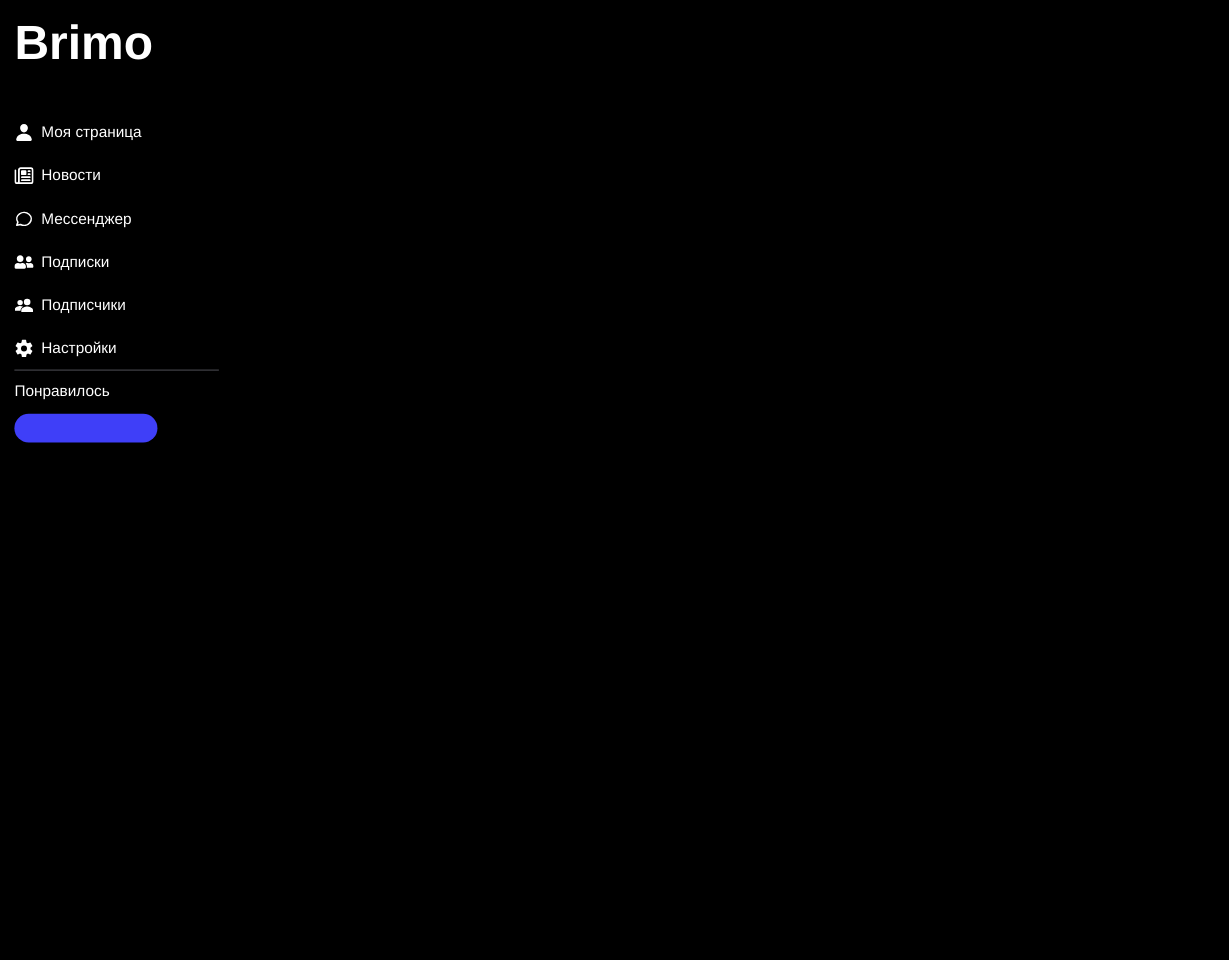
Repository: MaksimKrupkin/socialNetwork
Page: / (app in frontend/socialNetworkFrontend/)
The author's editor kept a copy of each file at every save. The page is drawn from the files as they stood at one save, then again after the next save.
The browser window is 1280 px wide. The pictures show the whole page, at 96% of full size.
The project was rebuilt for these pictures with package versions that can differ from the ones it lists, and the page was loaded fresh each time. Also part of the build but not shown: frontend/socialNetworkFrontend/vite.config.js, frontend/socialNetworkFrontend/src/index.css.

Above is the page before, as saved 2024-11-27 20:11:57.

### frontend/socialNetworkFrontend/index.html
<!DOCTYPE html>
<html lang="en">
  <head>
    <meta charset="UTF-8" />
    <link rel="icon" type="image/svg+xml" href="/vite.svg" />
    <meta name="viewport" content="width=device-width, initial-scale=1.0" />
    <title>Brimo</title>
  </head>
  <body>
    <div id="root"></div>
    <script type="module" src="/src/main.jsx"></script>
  </body>
</html>

### frontend/socialNetworkFrontend/src/App.jsx
import './App.css';
import { Routes, Route } from 'react-router-dom';
import MainPage from './Pages/MainPage/MainPage';

function App() {
  return (
    <div>
      <Routes>
        <Route path="/" element={<MainPage />} />
      </Routes>
    </div>
  );
}

export default App;

### frontend/socialNetworkFrontend/src/Pages/MainPage/MainPage.jsx
import React from 'react';
import styles from './MainPage.module.scss';
import Navigation from '../../Components/Navigation/Navigation';

function MainPage() {
  return (
    <div className={styles.wrapper}>
      <header className={styles.header}>
        <div className={styles.logo}>Brimo</div>
      </header>
      <Navigation />
    </div>
  );
}
export default MainPage;

### frontend/socialNetworkFrontend/src/Pages/MainPage/MainPage.module.scss
.wrapper {
  margin: 0 auto;
  background-color: black;
  width: 100%;
  height: 1000px;
  color: white;
  font-weight: 700;
  font-family: 'Favorit Modern', 'Helvetica Neue', 'HelveticaNeue', Arial, Helvetica, sans-serif;
  .header {
    height: 100px;
    padding: 15px;
    .logo {
      font-size: 50px;
    }
  }
}

### frontend/socialNetworkFrontend/src/Components/Navigation/Navigation.jsx
import React from 'react';
import styles from './Navigation.module.scss';
import { FaRegNewspaper } from 'react-icons/fa6';
import { TbMessageCircle } from 'react-icons/tb';
import { IoPerson } from 'react-icons/io5';
import { FaUserFriends } from 'react-icons/fa';
import { IoPeopleSharp } from 'react-icons/io5';
import { IoSettingsSharp } from 'react-icons/io5';

const Navigation = () => {
  return (
    <div className={styles.wrapper}>
      <div className={styles.item}>
        <IoPerson fontSize={20} />
        <span className={styles.text}>Моя страница</span>
      </div>
      <div className={styles.item}>
        <FaRegNewspaper fontSize={20} />
        <span className={styles.text}>Новости</span>
      </div>
      <div className={styles.item}>
        <TbMessageCircle fontSize={20} />
        <span className={styles.text}>Мессенджер</span>
      </div>
      <div className={styles.item}>
        <FaUserFriends fontSize={20} />
        <span className={styles.text}>Подписки</span>
      </div>
      <div className={styles.item}>
        <IoPeopleSharp fontSize={20} />
        <span className={styles.text}>Подписчики</span>
      </div>
      <div className={styles.item}>
        <IoSettingsSharp fontSize={20} />
        <span className={styles.text}>Настройки</span>
      </div>
      <hr className={styles.line} />
      <div className={styles.item}>
        <span className={styles.text}>Понравилось</span>
      </div>
      <div className={styles.create_new}></div>
    </div>
  );
};

export default Navigation;

### frontend/socialNetworkFrontend/src/Components/Navigation/Navigation.module.scss
.wrapper {
  width: 19%;
  margin-top: 0px;
  padding: 15px;
  overflow-y: hidden;
}
.item {
  height: 45px;
  display: flex;
  align-items: center;
  justify-content: flex-start;
  gap: 8px;
}
.text {
  font-size: 16px;
  font-weight: 300;
}
.line {
  width: 100%;
  height: 0.5px;
  background-color: rgb(83, 83, 90);
  border: none;
}

.create_new {
  width: 70%;
  height: 30px;
  background-color: rgb(63, 63, 248);
  border-radius: 15px;
}

Loaded but not shown: frontend/socialNetworkFrontend/src/main.jsx (common file); frontend/socialNetworkFrontend/src/App.css (common file)

After the next save:
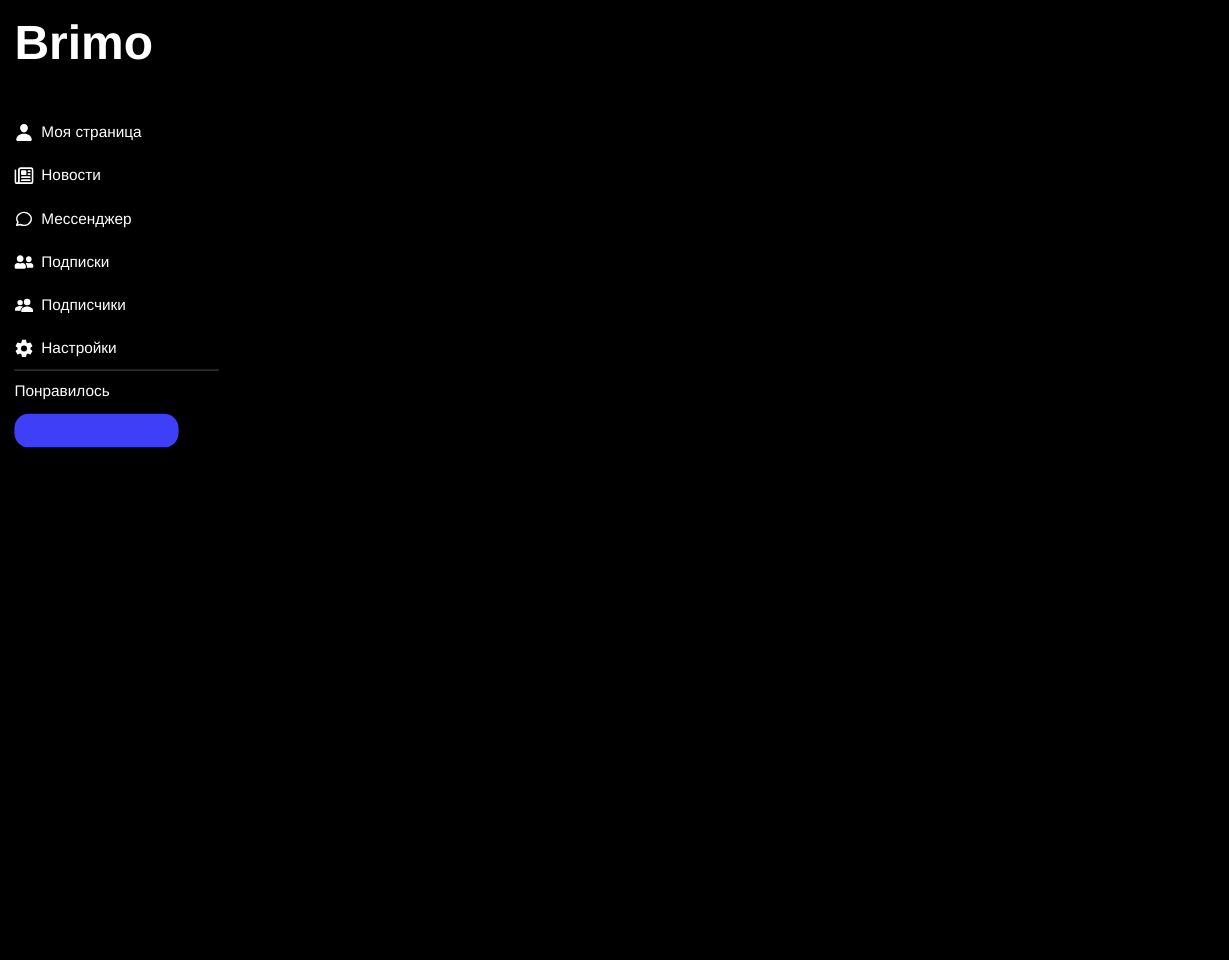
Saved 7 s later.
--- a/frontend/socialNetworkFrontend/src/Components/Navigation/Navigation.module.scss
+++ b/frontend/socialNetworkFrontend/src/Components/Navigation/Navigation.module.scss
@@ -23,8 +23,8 @@
 }
 
 .create_new {
-  width: 70%;
-  height: 30px;
+  width: 80%;
+  height: 35px;
   background-color: rgb(63, 63, 248);
   border-radius: 15px;
 }
